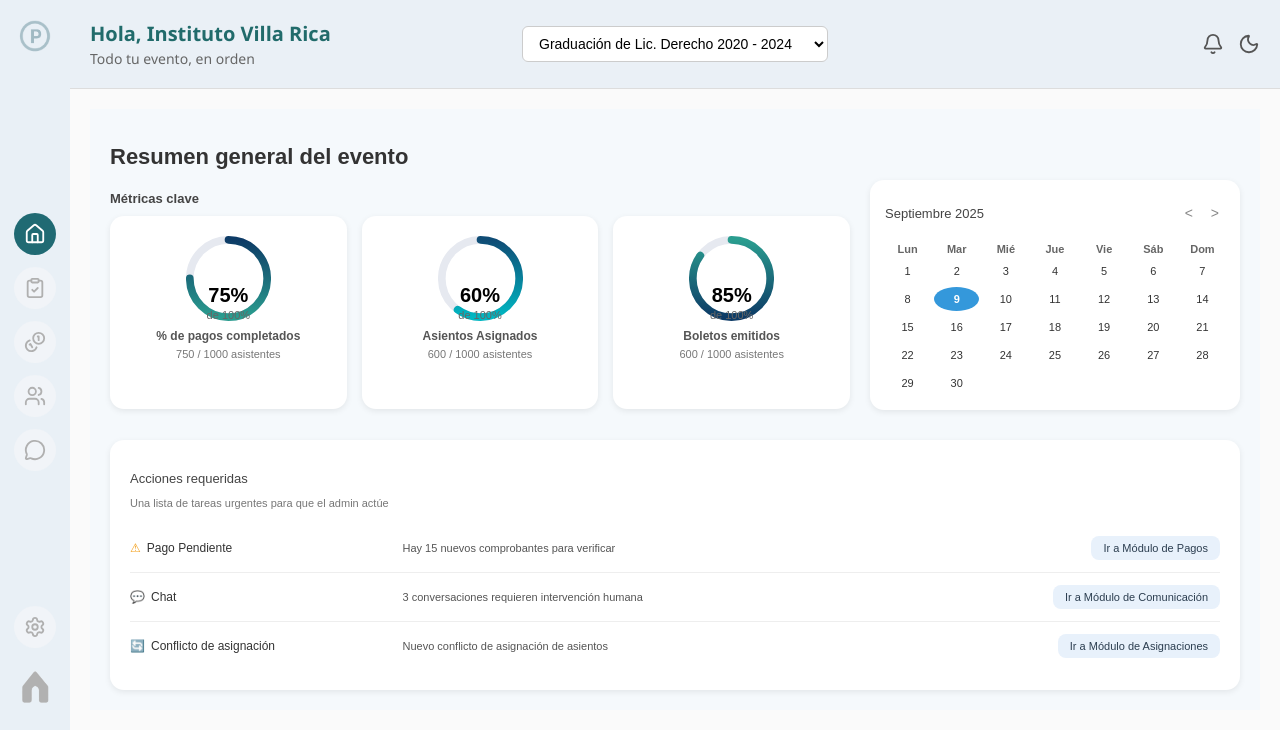
Repository: JoannaReyez/Proyecto-Boda
Page: /admin
An editor plug-in stored every save of this project. The page is shown before and after a run of saves, followed by the edit.
The browser window is 1280 px wide. The pictures show the whole page.
The project was rebuilt for these pictures with package versions that can differ from the ones it lists, and the page was loaded fresh each time. Also part of the build but not shown: src/App.css, src/Home.css, src/MasterPage.css, src/MasterPage.jsx, src/ScriptHome.jsx, src/Home.jsx, src/Catalogo.css, src/Catalogo.jsx and 8 more.

Above is the page before, as saved 2025-09-09 20:16:48.

After the next 2 saves:
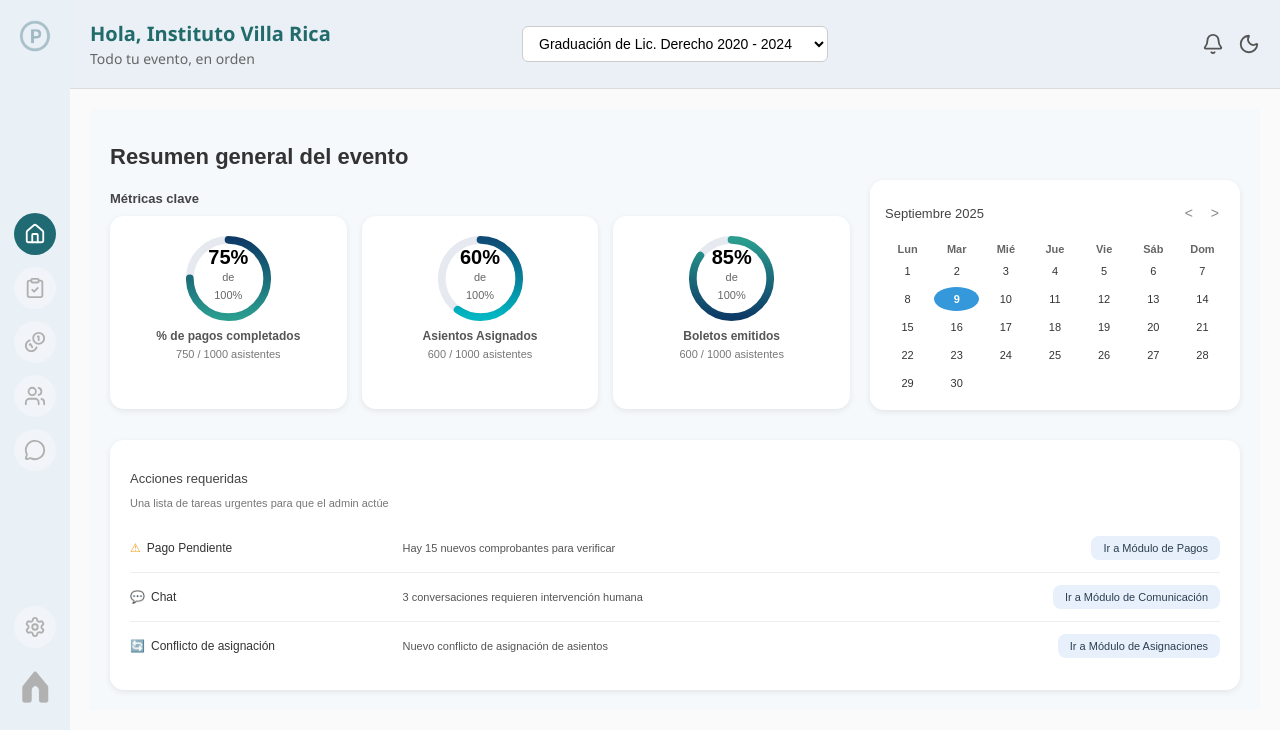
The 2 saves are shown as one change because they came seconds apart.
The last was saved 73 s later.
--- a/src/Dashboard.css
+++ b/src/Dashboard.css
@@ -1,3 +1,14 @@
+.metric-circle {
+  position: relative;
+  width: 85px;
+  height: 85px;
+  margin: 0 auto;
+}
+
+
+
+
+
 /* BASE */
 .dashboard-container {
   font-family: Arial, sans-serif;
